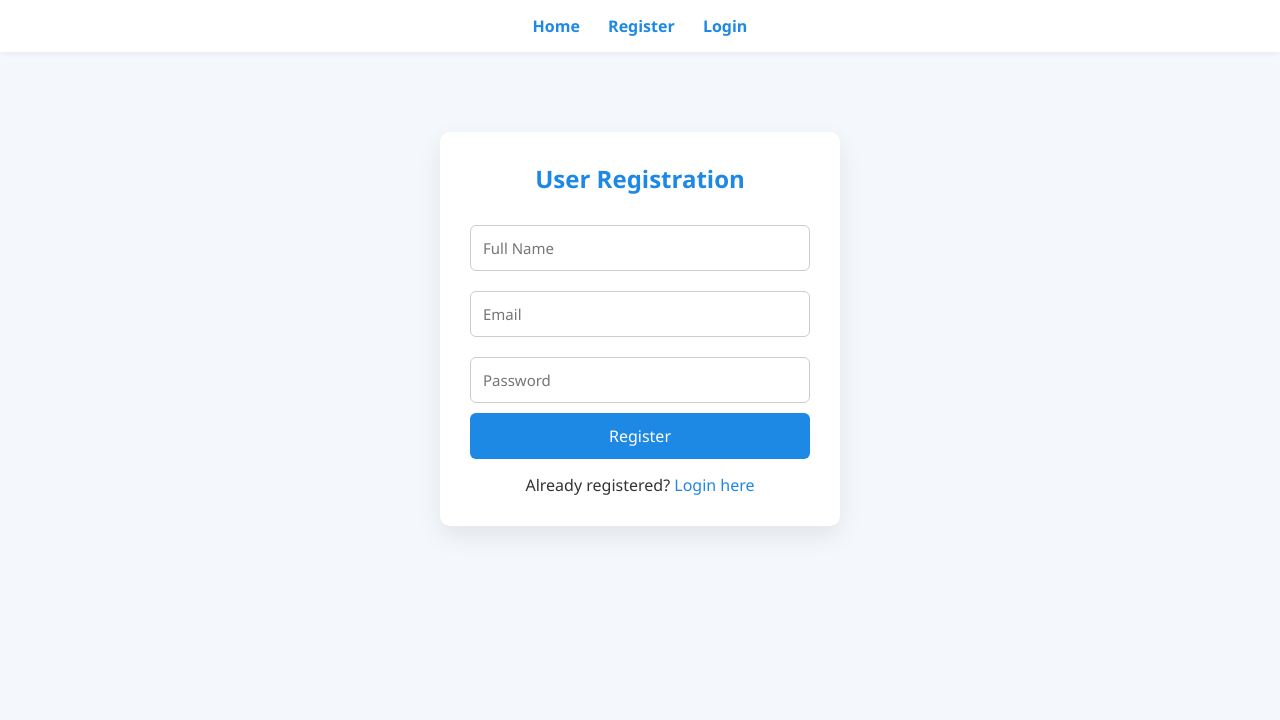
Repository: Sanjaya1822/Campus-Exchange
Page: http://localhost/CampusExchange/register.jsp
The author's editor kept a copy of each file at every save. The page is drawn from the files as they stood at one save, then again after the next save.
The browser window is 1280 px wide. The pictures show the whole page.
The page is served by Tomcat 9.

Above is the page before, as saved 2026-01-30 17:51:05.

After the next save:
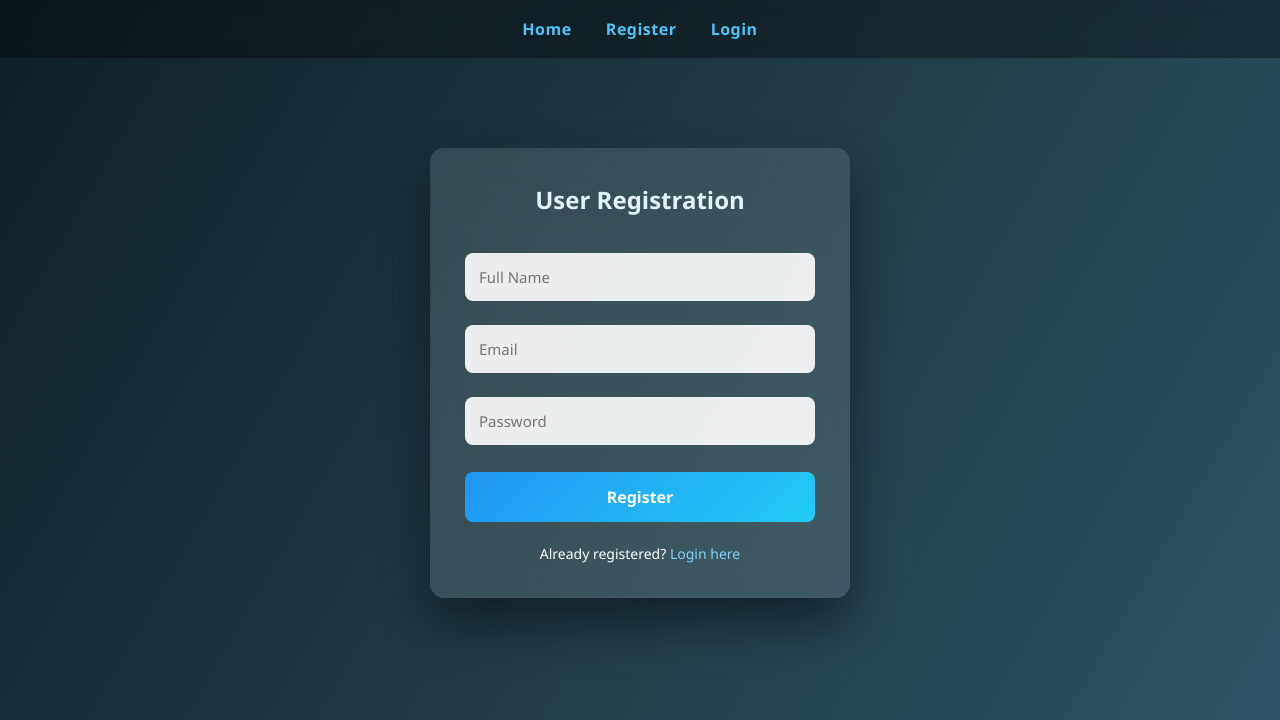
Saved 5 min 47 s later.
--- a/CampusExchange/src/main/webapp/css/style.css
+++ b/CampusExchange/src/main/webapp/css/style.css
@@ -1,79 +1,110 @@
+/* ===== RESET ===== */
 * {
     margin: 0;
     padding: 0;
     box-sizing: border-box;
-    font-family: "Segoe UI", sans-serif;
+    font-family: "Segoe UI", Tahoma, sans-serif;
 }
 
+/* ===== BACKGROUND (DARK GRADIENT) ===== */
 body {
-    background: #f4f7fb;
-    color: #333;
+    min-height: 100vh;
+    background: linear-gradient(
+        120deg,
+        #0f2027,
+        #203a43,
+        #2c5364
+    );
+    color: #ffffff;
 }
 
-/* Navbar */
+/* ===== NAVBAR ===== */
 .navbar {
+    width: 100%;
+    padding: 18px;
     text-align: center;
-    padding: 15px;
-    background: #ffffff;
-    box-shadow: 0 2px 6px rgba(0,0,0,0.05);
+    background: rgba(0, 0, 0, 0.35);
+    backdrop-filter: blur(8px);
 }
 
 .navbar a {
-    margin: 0 12px;
+    color: #4fc3f7;
     text-decoration: none;
-    color: #1e88e5;
+    margin: 0 15px;
     font-weight: 600;
+    letter-spacing: 0.5px;
 }
 
-/* Page center */
+.navbar a:hover {
+    color: #ffffff;
+}
+
+/* ===== CONTAINER (GLASS CARD) ===== */
 .container {
-    max-width: 400px;
-    margin: 80px auto;
-    background: #ffffff;
-    padding: 30px;
-    border-radius: 10px;
-    box-shadow: 0 10px 25px rgba(0,0,0,0.08);
+    width: 420px;
+    margin: 90px auto;
+    padding: 35px;
+    background: rgba(255, 255, 255, 0.12);
+    backdrop-filter: blur(15px);
+    border-radius: 14px;
+    box-shadow: 0 25px 50px rgba(0, 0, 0, 0.45);
     text-align: center;
 }
 
+/* ===== HEADINGS ===== */
+.container h1,
 .container h2 {
-    margin-bottom: 20px;
-    color: #1e88e5;
+    margin-bottom: 25px;
+    font-weight: 600;
+    color: #e3f2fd;
 }
 
-/* Inputs */
+/* ===== INPUTS ===== */
 input {
     width: 100%;
-    padding: 12px;
-    margin: 10px 0;
-    border-radius: 6px;
-    border: 1px solid #ccc;
+    padding: 14px;
+    margin: 12px 0;
+    border-radius: 8px;
+    border: none;
+    outline: none;
     font-size: 15px;
+    background: rgba(255, 255, 255, 0.9);
 }
 
-/* Button */
-button {
+/* ===== BUTTON ===== */
+button,
+input[type="submit"] {
     width: 100%;
-    padding: 12px;
-    background: #1e88e5;
-    color: white;
+    padding: 14px;
+    margin-top: 15px;
     border: none;
-    border-radius: 6px;
+    border-radius: 8px;
+    background: linear-gradient(135deg, #2196f3, #21cbf3);
+    color: #ffffff;
     font-size: 16px;
+    font-weight: 600;
     cursor: pointer;
+    transition: transform 0.2s ease, box-shadow 0.2s ease;
 }
 
-button:hover {
-    background: #1565c0;
+button:hover,
+input[type="submit"]:hover {
+    transform: translateY(-2px);
+    box-shadow: 0 8px 20px rgba(33, 203, 243, 0.4);
 }
 
-/* Links */
+/* ===== LINKS ===== */
 .link {
-    margin-top: 15px;
+    margin-top: 22px;
+    font-size: 14px;
 }
 
 .link a {
+    color: #81d4fa;
     text-decoration: none;
-    color: #1e88e5;
     font-weight: 500;
 }
+
+.link a:hover {
+    text-decoration: underline;
+}
